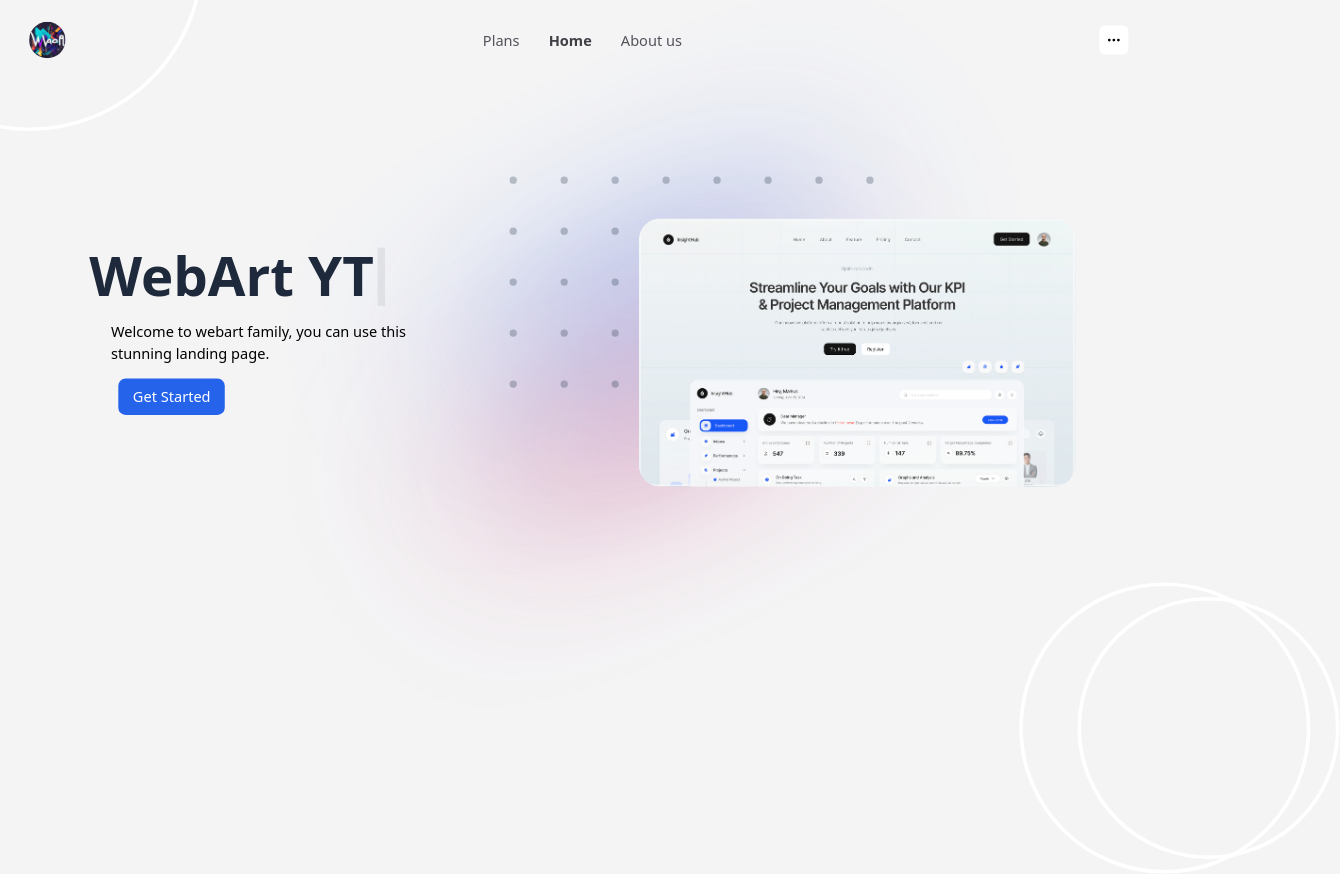
Repository: 30namp/youtube-web-art-code
Page: stunning landing page 1/index.html
The author's editor kept a copy of each file at every save. The page is drawn from the files as they stood at one save, then again after the next save.
The browser window is 1280 px wide. The page is 1472 px wide, so the pictures cover 1472 px, including what lies to the right of the window. The pictures show the whole page, at 91% of full size.

Above is the page before, as saved 2024-09-26 21:51:53.

After the next save:
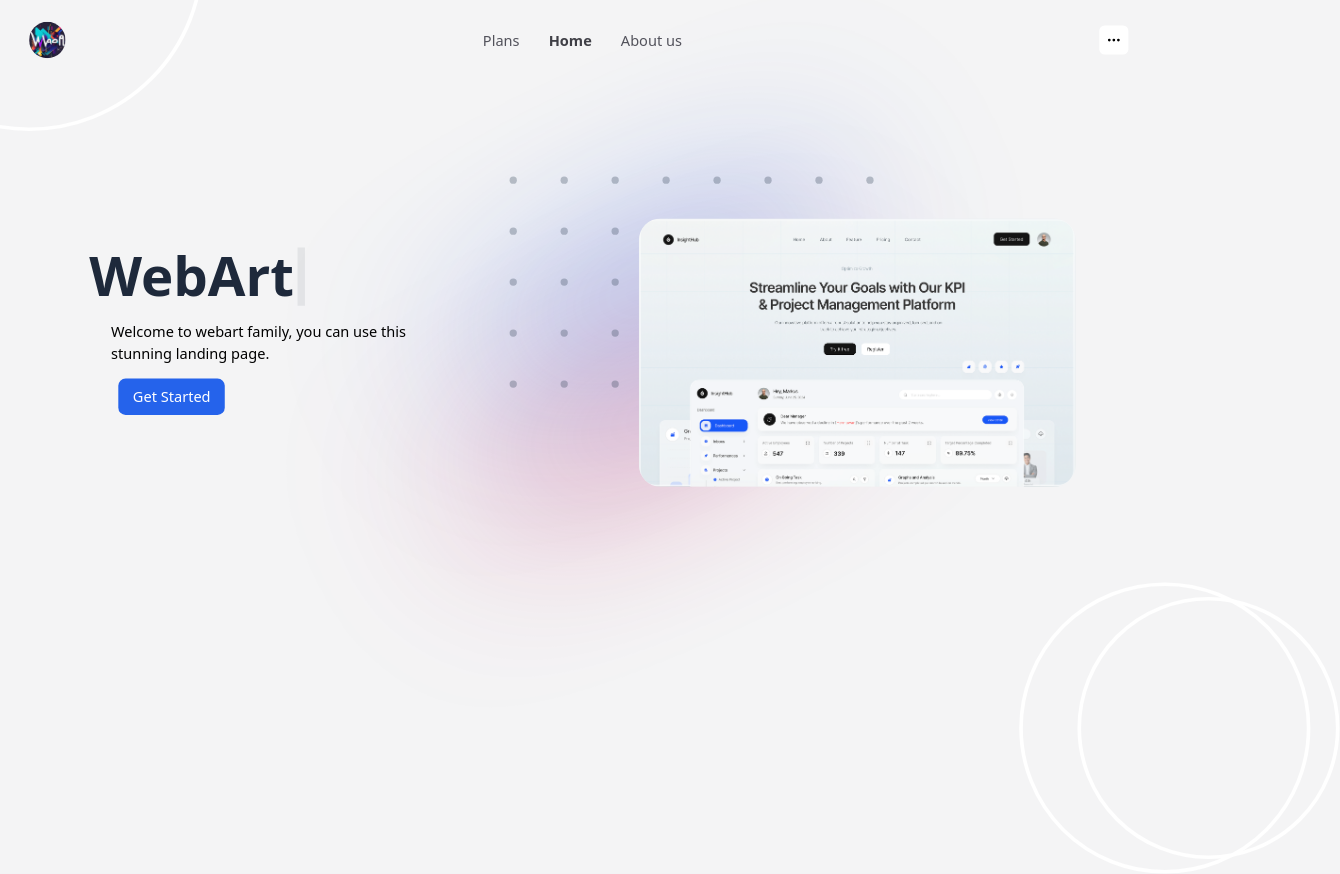
Saved 10 s later.
--- a/stunning landing page 1/index.html
+++ b/stunning landing page 1/index.html
@@ -136,7 +136,7 @@
       text += textComplete[i];
 
     title.innerHTML = text;
-  }, 100);
+  }, 200);
 
   setInterval(() => {
     titleCursor.classList.toggle("bg-slate-800");
